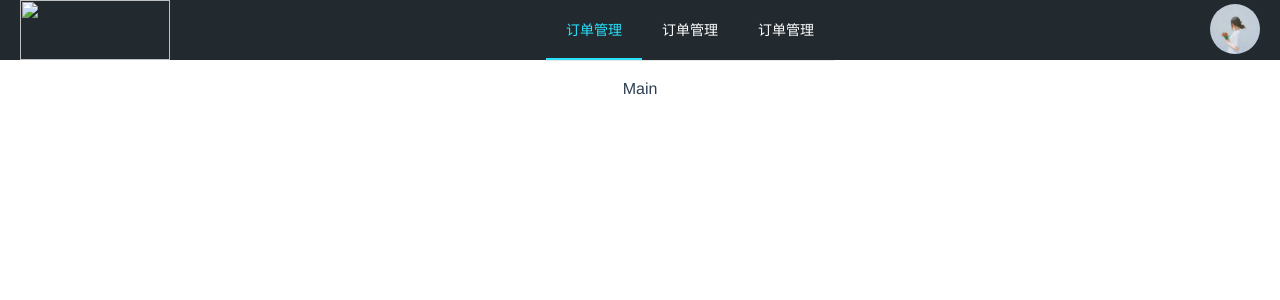
Repository: TheWomanLiketheWind/woodpecker
Page: /
An editor plug-in stored every save of this project. The page is shown before and after the next save, followed by the edit.
The browser window is 1280 px wide. The pictures show the whole page.
The project was rebuilt for these pictures with package versions that can differ from the ones it lists, and the page was loaded fresh each time. Imported but missing from the stored project, and not drawn on this page: src/views/About.vue.

Above is the page before, as saved 2019-07-25 15:42:29.

### public/index.html
<!DOCTYPE html>
<html lang="en">
  <head>
    <meta charset="utf-8">
    <meta http-equiv="X-UA-Compatible" content="IE=edge">
    <meta name="viewport" content="width=device-width,initial-scale=1.0">
    <link rel="icon" href="<%= BASE_URL %>favicon.ico">
    <title>woodpecker</title>
  </head>
  <body>
    <noscript>
      <strong>We're sorry but woodpecker doesn't work properly without JavaScript enabled. Please enable it to continue.</strong>
    </noscript>
    <div id="app"></div>
    <!-- built files will be auto injected -->
  </body>
</html>

### src/App.vue
<template>
  <div id="app">
    <router-view />
  </div>
</template>

<style lang="scss">
#app {
  font-family: "Avenir", Helvetica, Arial, sans-serif;
  -webkit-font-smoothing: antialiased;
  -moz-osx-font-smoothing: grayscale;
  text-align: center;
  color: #2c3e50;
  .el-header {
    display: flex;
    justify-content: space-between;
    align-items: center;
  }
}
#nav {
  padding: 30px;
  a {
    font-weight: bold;
    color: #2c3e50;
    &.router-link-exact-active {
      color: #42b983;
    }
  }
}
body {
  margin: 0;
}
</style>

### src/views/Home.vue
<template>
  <el-container>
    <el-header class="headerAll">
      <img src=""
           class="headImage">
      <el-menu :default-active="activeIndex"
               class="el-menu-demo"
               mode="horizontal"
               background-color="#222a30"
               text-color="#fff"
               active-text-color="#29e2fe"
               @select="handleSelect">
        <el-menu-item v-for="(item, index) in menuList"
                      :key="index"
                      :index="item.index">{{item.name}}</el-menu-item>
      </el-menu>

      <el-dropdown>
        <img src="../assets/headImage.jpg"
             class="drophead" />
        <el-dropdown-menu slot="dropdown">
          <el-dropdown-item>个人信息</el-dropdown-item>
          <el-dropdown-item>退出</el-dropdown-item>
        </el-dropdown-menu>
      </el-dropdown>
    </el-header>
    <el-main>Main</el-main>
  </el-container>
</template>

<script lang="ts">
import { Component, Vue } from "vue-property-decorator";

@Component({
  components: {}
})
export default class Home extends Vue {
  data() {
    return {
      activeIndex: "1",
      menuList: [
        {
          name: "订单管理",
          index: "1",
          link: ""
        },
        {
          name: "订单管理",
          index: "2",
          link: ""
        },
        {
          name: "订单管理",
          index: "3",
          link: ""
        }
      ]
    };
  }

  private handleSelect(key: any, keyPath: any) {
    console.log(key, keyPath);
  }
}
</script>

<style lang="scss">
.headerAll {
  background: #222a30;
  .headImage {
    width: 150px;
    height: 100%;
    border: 0;
  }
  .drophead {
    width: 50px;
    height: 50px;
    border-radius: 50%;
  }
}
</style>

Loaded but not shown: src/main.ts (common file); src/router.ts (common file); src/store.ts (common file)

After the next save:
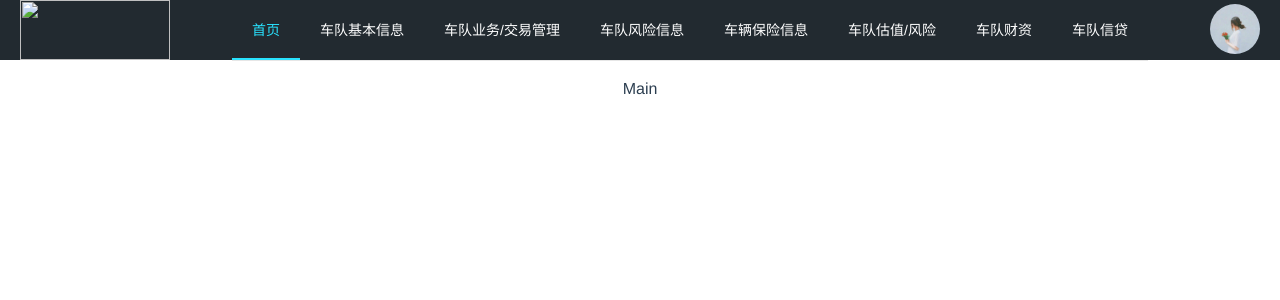
Saved 2 min 21 s later.
--- a/src/views/Home.vue
+++ b/src/views/Home.vue
@@ -40,18 +40,43 @@ export default class Home extends Vue {
       activeIndex: "1",
       menuList: [
         {
-          name: "订单管理",
+          name: "首页",
           index: "1",
           link: ""
         },
         {
-          name: "订单管理",
+          name: "车队基本信息",
           index: "2",
           link: ""
         },
         {
-          name: "订单管理",
+          name: "车队业务/交易管理",
           index: "3",
+          link: ""
+        },
+        {
+          name: "车队风险信息",
+          index: "4",
+          link: ""
+        },
+        {
+          name: "车辆保险信息",
+          index: "5",
+          link: ""
+        },
+        {
+          name: "车队估值/风险",
+          index: "6",
+          link: ""
+        },
+        {
+          name: "车队财资",
+          index: "7",
+          link: ""
+        },
+        {
+          name: "车队信贷",
+          index: "8",
           link: ""
         }
       ]
